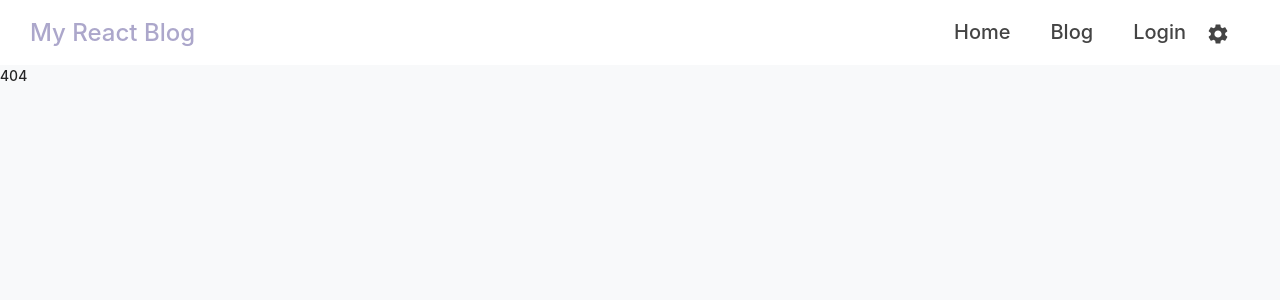
Repository: Kaycee-attah/react_blog
Page: /
These files come from the project's save history. The page is drawn as it stood at one moment and after the next save; the edit follows.
The browser window is 1280 px wide. The pictures show the whole page.
The project was rebuilt for these pictures with package versions that can differ from the ones it lists, and the page was loaded fresh each time.

Above is the page before, as saved 2021-10-09 18:07:02.

### src/index.js
import React from 'react';
import ReactDOM from 'react-dom';
import App from './App';
import reportWebVitals from './reportWebVitals';
import './assets/scss/base.scss';
import 'antd/dist/antd.css';
import "@quasar/extras/ionicons-v4/ionicons-v4.css";

ReactDOM.render(
  <React.StrictMode>
    <App />
  </React.StrictMode>,
  document.getElementById('root')
);

// If you want to start measuring performance in your app, pass a function
// to log results (for example: reportWebVitals(console.log))
// or send to an analytics endpoint. Learn more: https://bit.ly/CRA-vitals
reportWebVitals();

### src/App.js
import React, { useState, useEffect } from "react";
import Navigation from "./components/navigation";
import {BrowserRouter as Router, Switch, Route, Redirect} from 'react-router-dom';
import PageRenderer from "./page-renderer";
import {usersSelectedModeContext} from "./contexts/usersSelectedModeContext";
import {sidebarContext} from "./contexts/sidebarContext";
import { settingsContext } from "./contexts/settingsContext";
import {SwipeProvider} from "./contexts/swipeContext";

function App() {
  const [darkMode, setDarkMode] =useState(getInitialMode());
  const [menuActive, setMenuActive] = useState(false);
  const [settingsMenu, setSettingsMenu] = useState(false);
  useEffect(() => {
    localStorage.setItem('darkMode', JSON.stringify(darkMode));
    // return () => {
    //     cleanup
    // }
}, [darkMode])

function getInitialMode() {
    const savedMode = JSON.parse(localStorage.getItem('darkMode'));
    return savedMode || false;
};
  return (
    <Router>
      <div className={darkMode ? "App-darkMode" : "App-lightMode"}>
        <usersSelectedModeContext.Provider value={{darkMode, setDarkMode}}>
          <sidebarContext.Provider value={{menuActive, setMenuActive}}>
            < settingsContext.Provider value={{settingsMenu, setSettingsMenu}} >
              <SwipeProvider>
                <Navigation/>
                <Switch>
                  <Route path="/:page" component={PageRenderer} />
                  <Route path="/" render={() => <Redirect to="/home" />} />
                  <Route component={() => 404} />
                </Switch>
              </SwipeProvider>
            </settingsContext.Provider>
          </sidebarContext.Provider>
        </usersSelectedModeContext.Provider>
      </div>
    </Router>

  );
}

export default App;

### src/assets/scss/base.scss
 @import './_variables';
 @import './_navigation';

 .App-darkMode {
    background-color: #1b2938;
 };

 .App-darkMode nav{
    background-color: #1b2938;
 };

 .App-darkMode nav .settings-dropDown-Menu-Card-true .settings-dropDown-Menu{
    background-color: #1b2938;
 };

 @media screen and (max-width: 900px) {
   .App-darkMode nav .menu-content-container {
      background-color: #1b2938;
   }
 }

 html body{
     font-family: -apple-system, BlinkMacSystemFont, 'Segoe UI', Roboto, Oxygen, Ubuntu, Cantarell, 'Open Sans', 'Helvetica Neue', sans-serif;
     font-weight: 500;
     margin: 0;
     background-color: $body-background-color;
 };

### src/components/navigation.js
import React, { useContext } from "react";
import { IoIosMenu } from "react-icons/io"
import { Sidebar } from "./Sidebar";
import { sidebarContext } from "../contexts/sidebarContext";
import { useSwipe } from "../contexts/swipeContext";
import { AiOutlineMore } from "react-icons/ai";
import { MdOutlineMenuOpen } from "react-icons/md";
import { settingsContext } from "../contexts/settingsContext";
import { Avatar } from 'antd';
import { UserOutlined } from '@ant-design/icons';
import { MdLightMode, MdNightlight } from "react-icons/md";
import { usersSelectedModeContext } from "../contexts/usersSelectedModeContext";

export default function Navigation(){
    const {menuActive, setMenuActive} = useContext(sidebarContext);
    const {settingsMenu, setSettingsMenu} = useContext(settingsContext);
    const {darkMode, setDarkMode} = useContext(usersSelectedModeContext);
    const { handleTouchStart } = useSwipe();
    const { handleTouchEnd } = useSwipe();
    const { handleTouchMove } = useSwipe();

    function handleMore() {
        setSettingsMenu(!settingsMenu);
    };
    return(

        <nav onTouchStart={handleTouchStart} onTouchEnd={handleTouchEnd} onTouchMove={handleTouchMove} className='Blog-Navigation'>
            <span onClick={() => setMenuActive(!menuActive)} className={`menu-icon ${!menuActive && 'active'}`}>
                <IoIosMenu style={{display: !menuActive ? "flex" : "none"}}/>
                <MdOutlineMenuOpen style={{display: menuActive ? "flex" : "none"}}/>
            </span>
            <span className="menu-title">My React Blog</span>
            <span className={`more-icon`} onClick={handleMore}>
                <AiOutlineMore />
            </span>
            <div className={`more-icon-dropDown-Menu-Card-${settingsMenu}`}>
                        <div className="more-icon-dropDown-Menu">
                            <div className="users-avatar">
                                <Avatar icon={<UserOutlined />} size={38}/>
                                <span className="users-avatar-name">Attah Kelechi</span>
                            </div>
                            <div className="toggle-mode-wrapper">
                                <div className="toggle-mode-container">
                                    <MdLightMode />
                                    <label>
                                        <input checked={darkMode} type="checkbox"/>
                                        <span onClick={() => setDarkMode(prevMode => !prevMode)} className="check"></span>
                                    </label>
                                    <MdNightlight />
                                </div>
                            </div>
                        </div>
                    </div>
            <Sidebar />
        </nav>
    )
}

### src/page-renderer.js
import React from 'react';
import { useRouteMatch } from 'react-router-dom';

const generatePage = page => {
    const component = () => require(`./pages/${page}`).default

/*---------            this generates each page dynamically         ---------*/
    try {
        return React.createElement(component())
    } catch (error) {
        console.warn(error);
 /*---------            this creates the 404 page seen         ---------*/
        return React.createElement(() => 404)
    }
}

export default function PageRenderer() {

    const {
        params: { page }
    } = useRouteMatch()

    return generatePage(page)
}

### src/contexts/usersSelectedModeContext.js
import { createContext } from "react";

export const usersSelectedModeContext = createContext(null);

### src/contexts/sidebarContext.js
import { createContext } from "react";

export const sidebarContext = createContext(false);

### src/contexts/settingsContext.js
import { createContext } from "react";

export const settingsContext = createContext(null);

### src/contexts/swipeContext.js
import React, { useContext, useState } from 'react';
import { sidebarContext } from './sidebarContext';

const SwipeAbleContext = React.createContext();

export function useSwipe() {
    return useContext(SwipeAbleContext);
}

export function SwipeProvider({ children }) {
    const {menuActive, setMenuActive} = useContext(sidebarContext);
    const [touchStart, setTouchStart] = useState(0);
    const [touchEnd, setTouchEnd] = useState(0);

    function handleTouchStart(e) {
        setTouchStart(e.targetTouches[0].clientX)
    };

    function handleTouchMove(e) {
        setTouchEnd(e.targetTouches[0].clientX)
    };

    function handleTouchEnd() {
        if(touchStart - touchEnd > 150 && menuActive) {
            setMenuActive(false)

        }

        if(touchStart - touchEnd < -150 && !menuActive) {
            setMenuActive(true);

        }
    }


    const value = {
        handleTouchStart,
        handleTouchEnd,
        handleTouchMove
    }

    return (
        <SwipeAbleContext.Provider value={value}>
            {children}
        </SwipeAbleContext.Provider>
    )
}

### src/assets/scss/_variables.scss
/*      ----------      all colors for different points in the appliation(normal screen size eg laptops)      -----------------------------------------      */
$body-background-color: #f8f9fa;
$title-text-color: #aca7cb;
$input-type-checkbox-Checked: #f8f8f8;
$navigation-link-color-onHover: #2997ff;
$navigation-link-color: #444;
$navigation-background-color: white;
$settings-dropDown-Menu-Card-backGroundColor: #f8f8f8;
$settings-dropDown-Menu-backGroundColor: white;
$toggle-checkbox-darkMode-backgroundColor: #092c3e;
$toggle-checkbox-lightMode-backgroundColor: #f8f8f8;
$toggle-checkbox-lightMode-check-before-backgroundColor: #f8f8f8;
$toggle-checkbox-darkMode-check-after-backgroundColor: #092c3e;

/*      ----------      all colors for different points in the appliation(smaller screen sizes eg mobile devies, tablets)      -----------------------------------------      */
$sideBar-backgroundColor: white;

### src/assets/scss/_navigation.scss
.Blog-Navigation {
    height: 65px;
    width: 100%;
    background: $navigation-background-color;
    display: flex;
    justify-content: space-between;
    color: $navigation-link-color;

    .more-icon {
        display: none;
    };

    .more-icon-dropDown-Menu-Card-true {
        display: none;
    };

    .more-icon-dropDown-Menu-Card-false {
        display: none;
    }

    .menu-title {
        font-size: 24px;
        font-weight: 500;
        display: flex;
        align-items: center;
        margin-left: 30px;
        color: $title-text-color;
    };

    .menu-content-container {
        display: flex;
        align-items: center;
        padding-right: 30px;
        ul {
            height: 100%;
            margin-block-start: 0;
            margin-block-end: 0;
            padding-inline-start: 0;
            display: flex;
            align-items: center;
            list-style-type: none;
            padding-right: 20px;

            a {
                text-decoration: none;
                padding: 0 20px 0 20px;
                font-size: 20px;
                color: $navigation-link-color;

                &:hover {
                    color: $navigation-link-color-onHover;
                };

            };

            .settings-icon {
                margin-top: 10px;
                font-size: 24px;
                font-weight: 500;
                position: relative;
            };

            .settings-dropDown-Menu-Card-true {
                background-color: $settings-dropDown-Menu-Card-backGroundColor;
                position: absolute;
                display: flex;
                justify-content: center;
                align-items: center;
                height: 150px;
                width: 20%;
                right: 1%;
                top: 65px;
                border-radius: 7px;


                .settings-dropDown-Menu {
                    background-color: $settings-dropDown-Menu-backGroundColor;
                    height: 84%;
                    width: 94%;
                    display: flex;
                    flex-direction: column;
                    justify-content: space-around;
                    align-items: center;
                    border-radius: 7px;
                    box-sizing: border-box;
                    box-shadow: 0 9px 12px rgba(0, 0, 0, 0.16), 0 3px 6px rgba(0, 0, 0, 0.23);

                    .users-avatar {
                        padding-top: 8px;
                        display: flex;
                        flex-direction: column;
                        justify-content: space-around;
                        align-items: center;
                        height: 60%;
                        width: 100%;

                        .ant-avatar {
                            border: 1px solid
                        };
                        .ant-avatar-icon {
                            margin: 0;

                            .anticon {
                                margin: 3.3px
                            }
                        }
                        .users-avatar-name {
                            font-size: 16.5px
                        };
                    };

                    .toggle-mode-wrapper {
                        height: 100%;
                        width: 100%;
                        display: flex;
                        justify-content: center;
                        align-items: center;

                        .toggle-mode-container {
                            height: 100%;
                            width: 80%;
                            display: flex;
                            flex-direction: row;
                            justify-content: space-around;
                            align-items: center;
                            border-top: 3px solid #f5f2f2;
                            padding-top: 4px;

                            input[type="checkbox"] {
                                -webkit-appearance: none;
                                visibility: hidden;
                                display: none;
                            };

                            .check {
                                position: relative;
                                display: block;
                                width: 40px;
                                height: 20px;
                                background: $toggle-checkbox-darkMode-backgroundColor;
                                cursor: pointer;
                                border-radius: 20px;
                                overflow: hidden;
                                transition: ease-in 0.5s
                            };

                            input[type="checkbox"]:checked ~ .check {
                                background: $input-type-checkbox-Checked;
                            };

                            .check:before {
                                content: "";
                                position: absolute;
                                top: 2px;
                                left: 2px;
                                background: $toggle-checkbox-lightMode-check-before-backgroundColor;
                                width: 16px;
                                height: 16px;
                                border-radius: 50%;
                                transition: 0.5s
                            };

                            input[type="checkbox"]:checked ~ .check:before {
                                transform: translateX(20px)
                            };

                            .check::after {
                                content: "";
                                position: absolute;
                                top: 2px;
                                left: 2px;
                                background: $toggle-checkbox-darkMode-check-after-backgroundColor;
                                width: 16px;
                                height: 16px;
                                border-radius: 50%;
                                transition: 0.5s;
                                transform: translateX(-20px)
                            };

                            input[type="checkbox"]:checked ~ .check::after {
                                transform: translateX(20px)
                            }
                        };
                    };
                };
            };

            .settings-dropDown-Menu-Card-false {
                display: none;
            };
        };
    };

    .menu-icon {
        margin-top: 10px;
        font-size: 33px;
        display: none;
        cursor: pointer
    };

};

@media screen and (max-width: 900px) {
    .Blog-Navigation {
        // position: relative;

        .menu-icon {
            display: flex;
                margin-left: 10px;
                margin-top: 0;
                justify-content: flex-end;
                align-items: center;
                position: relative;

            // &.active {
            //     display: flex;
            //     margin-left: 10px;
            //     margin-top: 0;
            //     justify-content: flex-end;
            //     align-items: center;

            // };
        };

        .menu-title {
            margin-left: 0;


        };
        .more-icon {
            display: flex;
            font-size: 32px;
            justify-content: center;
            align-items: center;
            margin-right: 10px;
            position: relative;
            cursor: pointer;
        };

        .more-icon-dropDown-Menu-Card-true {
            background-color: $settings-dropDown-Menu-Card-backGroundColor;
            position: absolute;
            display: flex;
            justify-content: center;
            align-items: center;
            height: 150px;
            width: 50%;
            right: 1%;
            top: 65px;
            border-radius: 7px;


            .more-icon-dropDown-Menu {
                background-color: $settings-dropDown-Menu-backGroundColor;
                height: 84%;
                width: 94%;
                display: flex;
                flex-direction: column;
                justify-content: space-around;
                align-items: center;
                border-radius: 7px;
                box-sizing: border-box;
                box-shadow: 0 9px 12px rgba(0, 0, 0, 0.16), 0 3px 6px rgba(0, 0, 0, 0.23);

                .users-avatar {
                    padding-top: 8px;
                    display: flex;
                    flex-direction: column;
                    justify-content: space-around;
                    align-items: center;
                    height: 60%;
                    width: 100%;

                    .ant-avatar {
                        border: 1px solid
                    };
                    .ant-avatar-icon {
                        margin: 0;

                        .anticon {
                            margin: 3.3px
                        }
                    }
                    .users-avatar-name {
                        font-size: 16.5px
                    };
                };

                .toggle-mode-wrapper {
                    height: 100%;
                    width: 100%;
                    display: flex;
                    justify-content: center;
                    align-items: center;

                    .toggle-mode-container {
                        height: 100%;
                        width: 80%;
                        display: flex;
                        flex-direction: row;
                        justify-content: space-around;
                        align-items: center;
                        border-top: 3px solid #f5f2f2;
                        padding-top: 4px;

                        input[type="checkbox"] {
                            -webkit-appearance: none;
                            visibility: hidden;
                            display: none;
                        };

                        .check {
                            position: relative;
                            display: block;
                            width: 40px;
                            height: 20px;
                            background: $toggle-checkbox-darkMode-backgroundColor;
                            cursor: pointer;
                            border-radius: 20px;
                            overflow: hidden;
                            transition: ease-in 0.5s
                        };

                        input[type="checkbox"]:checked ~ .check {
                            background: $input-type-checkbox-Checked;
                        };

                        .check:before {
                            content: "";
                            position: absolute;
                            top: 2px;
                            left: 2px;
                            background: $toggle-checkbox-lightMode-check-before-backgroundColor;
                            width: 16px;
                            height: 16px;
                            border-radius: 50%;
                            transition: 0.5s
                        };

                        input[type="checkbox"]:checked ~ .check:before {
                            transform: translateX(20px)
                        };

                        .check::after {
                            content: "";
                            position: absolute;
                            top: 2px;
                            left: 2px;
                            background: $toggle-checkbox-darkMode-check-after-backgroundColor;
                            width: 16px;
                            height: 16px;
                            border-radius: 50%;
                            transition: 0.5s;
                            transform: translateX(-20px)
                        };

                        input[type="checkbox"]:checked ~ .check::after {
                            transform: translateX(20px)
                        }
                    };
                };
            };
        };

        .more-icon-dropDown-Menu-Card-false {
            display: none;
        };

        .menu-content-container {
            width: 300px;
            height: calc(100% - 65px);
            background: $sideBar-backgroundColor;
            position: absolute;
            top: 65px;
            left: -300px;
            transition: 300ms ease left;
            flex-direction: column-reverse;
            padding: 0;

            &.active {
                left: 0px;
            };

            li {
                height: 65px;
                display: flex;
                align-items: center;
                justify-content: center;

                a {
                    width: 100%;
                    padding: 0;
                    display: flex;
                align-items: center;
                justify-content: center;

                };
            }

            ul {
                flex-direction: column;
                justify-content: flex-start;
                padding: 30px 0 0 0;


                .settings-icon {
                    display: none;
                };

                .settings-dropDown-Menu-Card-true {
                    display: none;
                };

                .settings-dropDown-Menu-Card-false {
                    display: none;
                };
            };

            ul,li{
                width: 100%;
            }

        };
    };
};

@media screen and (max-width: 400px) {
    .Blog-Navigation {

        .more-icon-dropDown-Menu-Card-true {
            width: 80%;
        };

        .menu-content-container {
            width: 230px;
        }
    };
};

### src/components/Sidebar.js
import React,{ useContext } from 'react';
import { Link } from "react-router-dom";
import { Avatar } from 'antd';
import { UserOutlined } from '@ant-design/icons';
import { MdLightMode, MdNightlight, MdSettings } from "react-icons/md";
import { usersSelectedModeContext } from "../contexts/usersSelectedModeContext";
import {sidebarContext} from "../contexts/sidebarContext";
import { settingsContext } from '../contexts/settingsContext';

const navigation_links = [
    {
        title: 'Home',
        path: './'
    },
    {
        title: 'Blog',
        path: './blog'
    },
    {
        title: 'Login',
        path: './login'
    }
]

export function Sidebar() {
    const {settingsMenu, setSettingsMenu} = useContext(settingsContext);
    const {darkMode, setDarkMode} = useContext(usersSelectedModeContext);
    const {menuActive} = useContext(sidebarContext);

    // const handleClick = useCallback((e) => {
    //     if (node1.current.contains(e.target)) {
    //         setMenuActive(true);
    //     };
    //   },[setMenuActive]);

    // useEffect(() => {
    //     // add when mounted
    //     document.addEventListener("touchstart", handleClick);
    //     // return function to be called when unmounted
    //     return () => {
    //       document.removeEventListener("touchend", handleClick);
    //     };
    //   }, [handleClick]);

    function handleSettings() {
        setSettingsMenu(!settingsMenu);
    };
    return (
        <div className={`menu-content-container ${menuActive && 'active'}`}>
                <ul>
                    {
                        navigation_links.map((link, index) => (
                            <li key={index}>
                                <Link to={link.path}>{link.title}</Link>
                            </li>
                        ))
                    }
                    <span className="settings-icon" onClick={handleSettings}>
                        <MdSettings />

                    </span>
                    <div className={`settings-dropDown-Menu-Card-${settingsMenu}`}>
                        <div className="settings-dropDown-Menu">
                            <div className="users-avatar">
                                <Avatar icon={<UserOutlined />} size={38}/>
                                <span className="users-avatar-name">Attah Kelechi</span>
                            </div>
                            <div className="toggle-mode-wrapper">
                                <div className="toggle-mode-container">
                                    <MdLightMode />
                                    <label>
                                        <input checked={darkMode} type="checkbox"/>
                                        <span onClick={() => setDarkMode(prevMode => !prevMode)} className="check"></span>
                                    </label>
                                    <MdNightlight />
                                </div>
                            </div>
                        </div>
                    </div>
                </ul>
            </div>
    )
}

Loaded but not shown: src/reportWebVitals.js (common file)

After the next save:
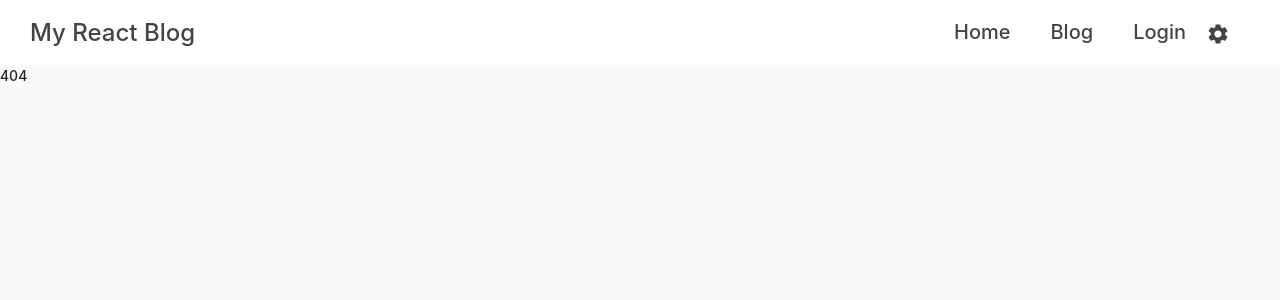
Saved 3 min 44 s later.
--- a/src/assets/scss/_variables.scss
+++ b/src/assets/scss/_variables.scss
@@ -1,6 +1,6 @@
 /*      ----------      all colors for different points in the appliation(normal screen size eg laptops)      -----------------------------------------      */
 $body-background-color: #f8f9fa;
-$title-text-color: #aca7cb;
+$title-text-color: 65312F;
 $input-type-checkbox-Checked: #f8f8f8;
 $navigation-link-color-onHover: #2997ff;
 $navigation-link-color: #444;
